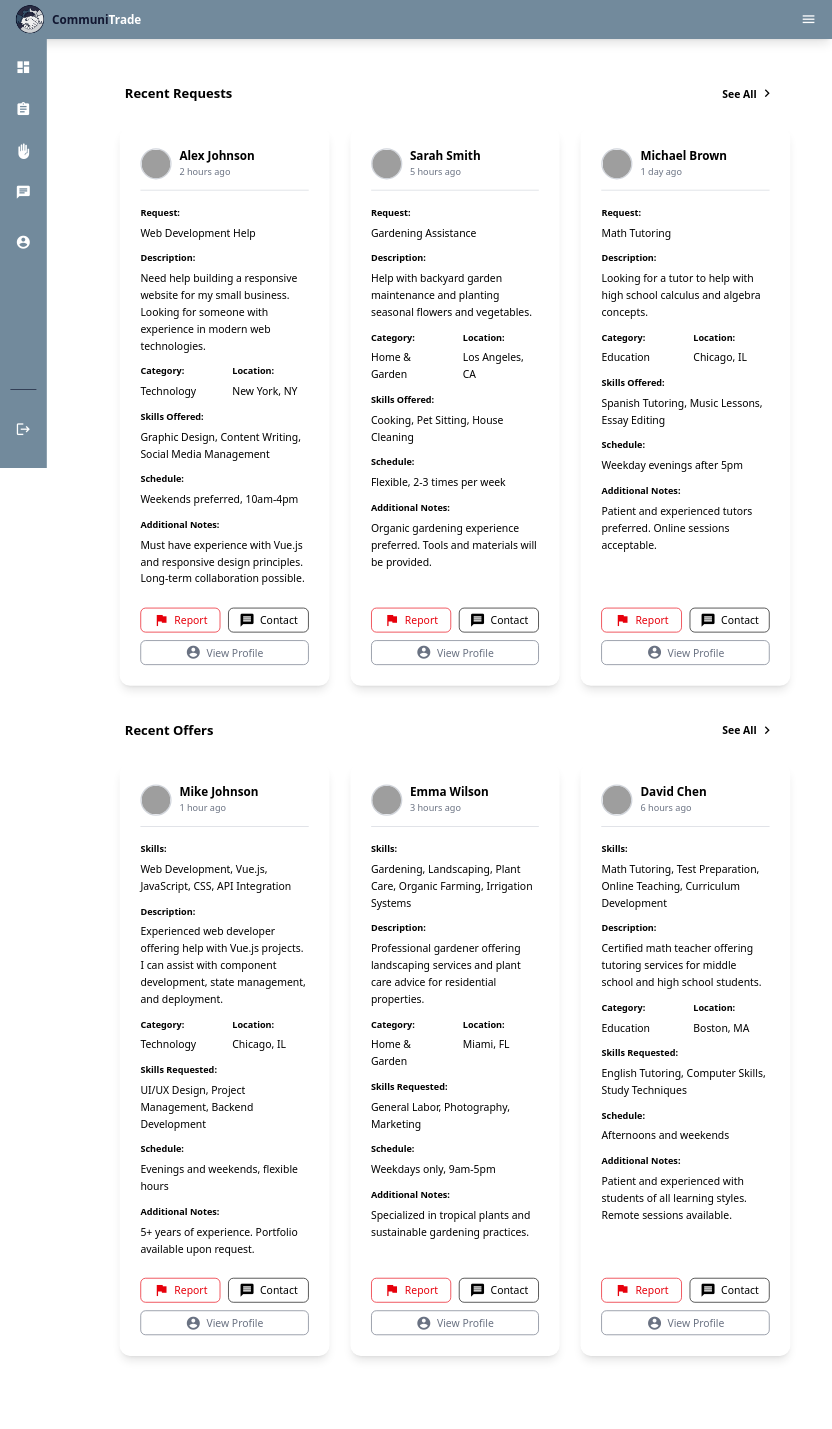
Repository: wholaanmo/communitrade_app
Page: /user/dashboard
An editor plug-in stored every save of this project. The page is shown before and after the next save, followed by the edit.
The browser window is 1280 px wide. The pictures show the whole page, at 65% of full size.
Pictures or frames that could not be fetched are drawn as grey boxes. The project was rebuilt for these pictures with package versions that can differ from the ones it lists, and the page was loaded fresh each time. Some packages were replaced by stand-ins written for this rebuild. The framework's server and built-in components were replaced by stand-ins that run in the browser. Also part of the build but not shown: next.config.mjs.

Above is the page before, as saved 2025-10-29 18:57:15.

### app/layout.js
import './globals.css';

export const metadata = {
  title: 'CommuniTrade - Community-Based Trading',
  description: 'Your platform for community-based trading and sharing of skills and services without using money.',
}

export default function RootLayout({ children }) {
  return (
    <html lang="en">
      <head>
        <link href="https://fonts.googleapis.com/css2?family=Poppins:wght@300;400;500;600;700&display=swap" rel="stylesheet" />
        <link href="https://cdnjs.cloudflare.com/ajax/libs/font-awesome/6.0.0/css/all.min.css" rel="stylesheet" />
        <link href="https://fonts.googleapis.com/icon?family=Material+Icons" rel="stylesheet" />

      </head>
      <body>{children}</body>
    </html>
  )
}

### app/user/layout.js
'use client'

import { useState } from 'react'
import UserNavbar from '@/components/user/UserNavbar'
import UserSidebar from '@/components/user/UserSidebar'

export default function UserLayout({ children }) {
  const [sidebarOpen, setSidebarOpen] = useState(false)

  const toggleSidebar = () => {
    setSidebarOpen(!sidebarOpen)
  }

  return (
    <div className="user-layout min-h-screen">
      <UserNavbar toggleSidebar={toggleSidebar} />
      <div className="layout-body flex min-h-[calc(100vh-60px)] mt-[60px]">
        <UserSidebar isOpen={sidebarOpen} onToggle={setSidebarOpen} />
        <main className={`user-content flex-1 transition-all duration-500 ease-out p-8 ${
          sidebarOpen ? 'ml-[var(--sidebar-width)]' : 'ml-[calc(3.5rem+32px)]'
        }`}>
          {children}
        </main>
      </div>

      <style jsx global>{`
        :root {
          --sidebar-width: 220px; /* reduced from 280px */
        }
      `}</style>

      <style jsx>{`
        @media (max-width: 768px) {
          .user-content {
            margin-left: 0 !important;
            padding: 1rem;
          }
        }
      `}</style>
    </div>
  )
}

### app/globals.css
@import "tailwindcss";


:root {
  --primary: #121731;
  --grey: #728a9c;
  --light: #ffffff;
  --dark-alt: #555555;
}

* {
  scrollbar-width: thin;
  scrollbar-color: #728a9c #f0f0f0;
  font-family: font-family: 'Inter', sans-serif;
  ;
}

### components/user/UserNavbar.js
'use client'

export default function Navbar({ toggleSidebar }) {
  return (
    <nav className="navbar fixed top-0 left-0 right-0 h-15 bg-[#728a9c] text-white z-50 shadow-lg">
      <div className="navbar-content flex items-center justify-between h-full px-4">
        <div className="navbar-left flex items-center">
          <div className="logo-container flex items-center gap-2">
            <img
              src="../assets/CommuniTrade.png"
              alt="CommuniTrade Logo"
              className="logo-img w-13 h-13 object-contain ml-1"
            />
            <p className="logo-text font-bold text-lg text-[#121731]">
              Communi
              <span className="logo-text1 font-bold text-lg text-white">Trade</span>
            </p>
          </div>
        </div>

        <div className="navbar-right flex items-center">
          <button
            className="hamburger-btn flex items-center justify-center w-10 h-10 rounded-full transition-all duration-300 ease-in-out text-white"
            onClick={toggleSidebar}
          >
            <span className="material-icons">menu</span>
          </button>
        </div>
      </div>

      {/* Replaced style jsx → style, no design changes */}
      <style>
        {`
          .hamburger-btn:hover {
            color: #121731;
            transform: rotate(180deg);
          }

          @media (max-width: 480px) {
            .logo-text {
              font-size: 1rem;
            }

            .logo-img {
              width: 35px;
              height: 35px;
            }
          }

          @media (max-width: 360px) {
            .logo-text {
              font-size: 0.9rem;
            }
          }
        `}
      </style>
    </nav>
  )
}

### components/user/UserSidebar.jsx
'use client'

import { useState, useEffect } from 'react'
import Link from 'next/link'
import { useRouter } from 'next/navigation'

export default function Sidebar({ isOpen, onToggle }) {
  const [is_expanded, setIsExpanded] = useState(false)
  const router = useRouter()

  useEffect(() => {
    setIsExpanded(isOpen)
  }, [isOpen])

  const handleSignOut = () => {
    console.log('Sign out clicked')
  }

  return (
    <aside className={`
      flex flex-col items-center font-['Inter']
      min-h-[calc(100vh-60px)] overflow-hidden p-4
      bg-[#728a9c] text-[#121731] transition-all duration-500 ease-out
      fixed left-0 top-[60px] z-50
      ${is_expanded ? 'w-[230px] items-start' : 'w-[calc(2.5rem+32px)] items-center'}
    `}>
      {/* Menu Items */}
      <div className={`
        menu w-full m-0 flex flex-col flex-1
        ${is_expanded ? 'items-stretch' : 'items-center'}
      `}>
        <Link href="/user/dashboard" className={`
          group button flex items-center no-underline p-4
          transition-all duration-200 ease-out rounded-lg mb-2
          hover:bg-white
          ${is_expanded ? 'justify-start' : 'justify-center w-full'}
        `}>
          <span className="material-icons text-2xl text-white transition-all duration-200 ease-out min-w-8 text-center group-hover:text-[#728a9c]">dashboard</span>
          <span className={`
            text-white transition-all duration-200 ease-out
            group-hover:text-[#728a9c]
            ${is_expanded ? 'opacity-100 w-auto pl-4' : 'opacity-0 w-0 overflow-hidden'}
          `}>Dashboard</span>
        </Link>

        <Link href="/user/request" className={`
          group button flex items-center no-underline p-4
          transition-all duration-200 ease-out rounded-lg mb-2
          hover:bg-white
          ${is_expanded ? 'justify-start' : 'justify-center w-full'}
        `}>
          <span className="material-icons text-2xl text-white transition-all duration-200 ease-out min-w-8 text-center group-hover:text-[#728a9c]">assignment</span>
          <span className={`
            text-white transition-all duration-200 ease-out
            group-hover:text-[#728a9c]
            ${is_expanded ? 'opacity-100 w-auto pl-4' : 'opacity-0 w-0 overflow-hidden'}
          `}>Requests</span>
        </Link>

        <Link href="/user/offer" className={`
          group button flex items-center no-underline p-4
          transition-all duration-200 ease-out rounded-lg mb-2
          hover:bg-white
          ${is_expanded ? 'justify-start' : 'justify-center w-full'}
        `}>
          <span className="material-icons text-2xl text-white transition-all duration-200 ease-out min-w-8 text-center group-hover:text-[#728a9c]">front_hand</span>
          <span className={`
            text-white transition-all duration-200 ease-out
            group-hover:text-[#728a9c]
            ${is_expanded ? 'opacity-100 w-auto pl-4' : 'opacity-0 w-0 overflow-hidden'}
          `}>Offers</span>
        </Link>

        <Link href="/user/message" className={`
          group button flex items-center no-underline p-4
          transition-all duration-200 ease-out rounded-lg mb-2
          hover:bg-white
          ${is_expanded ? 'justify-start' : 'justify-center w-full'}
        `}>
          <span className="material-icons text-2xl text-white transition-all duration-200 ease-out min-w-8 text-center group-hover:text-[#728a9c]">chat</span>
          <span className={`
            text-white transition-all duration-200 ease-out
            group-hover:text-[#728a9c]
            ${is_expanded ? 'opacity-100 w-auto pl-4' : 'opacity-0 w-0 overflow-hidden'}
          `}>Messages</span>
        </Link>

        <Link href="/user/account" className={`
          group button flex items-center no-underline p-4
          transition-all duration-200 ease-out rounded-lg mb-2
          hover:bg-white
          ${is_expanded ? 'justify-start' : 'justify-center w-full'}
        `}>
          <span className="material-icons text-2xl text-white transition-all duration-200 ease-out min-w-8 text-center group-hover:text-[#728a9c]">account_circle</span>
          <span className={`
            text-white transition-all duration-200 ease-out
            group-hover:text-[#728a9c]
            ${is_expanded ? 'opacity-100 w-auto pl-4' : 'opacity-0 w-0 overflow-hidden'}
          `}>My Account</span>
        </Link>
      </div>

      {/* Sign Out Button */}
      <div className="menu-bottom flex justify-center w-full mt-auto pt-4 border-t border-[#121731]">
        <button onClick={handleSignOut} className={`
          group sign-out flex items-center no-underline p-4
          transition-all duration-200 ease-out rounded-lg
          hover:bg-white bg-none border-none cursor-pointer
          ${is_expanded ? 'justify-start w-full' : 'justify-center w-full'}
        `}>
          <span className="material-icons text-2xl text-white transition-all duration-200 ease-out min-w-8 text-center group-hover:text-[#728a9c]">logout</span>
          <span className={`
            text-white transition-all duration-200 ease-out text-lg
            group-hover:text-[#728a9c]
            ${is_expanded ? 'opacity-100 w-auto pl-4' : 'opacity-0 w-0 overflow-hidden'}
          `}>Sign Out</span>
        </button>
      </div>
    </aside>
  )
}

Loaded but not shown: app/user/dashboard/page.js (787 lines, source omitted)

After the next save:
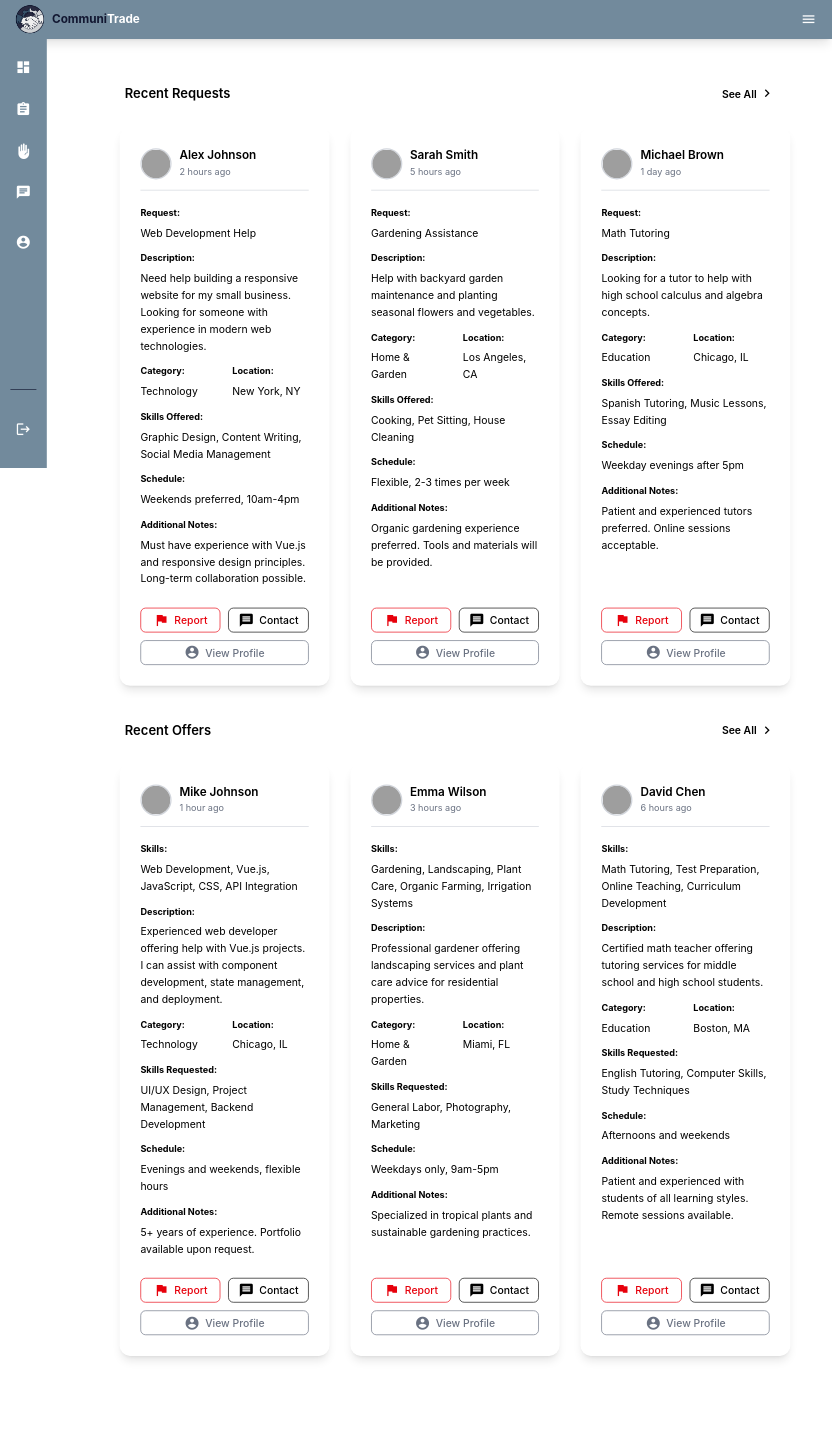
Saved 6 s later.
--- a/app/globals.css
+++ b/app/globals.css
@@ -11,6 +11,6 @@
 * {
   scrollbar-width: thin;
   scrollbar-color: #728a9c #f0f0f0;
-  font-family: font-family: 'Inter', sans-serif;
+  font-family: 'Inter', sans-serif;
   ;
 }
